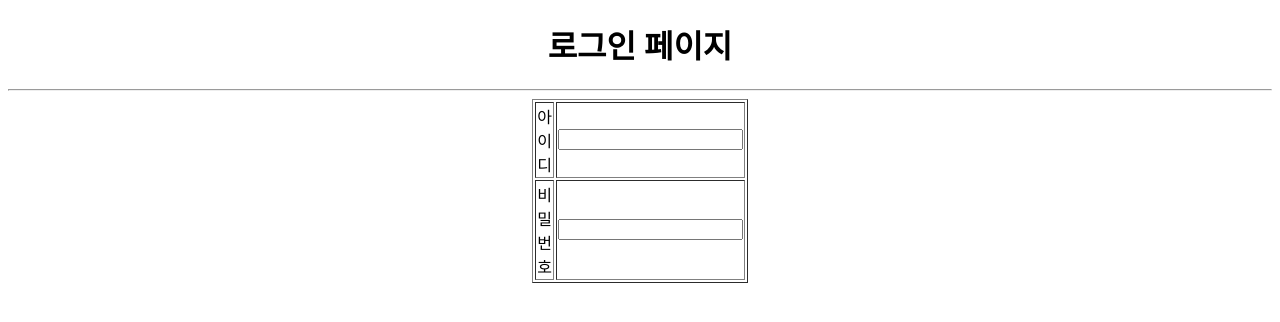
Repository: gunvv00/jsp
Page: http://localhost/DBtest/회원가입DB사용/Login.jsp
An editor plug-in stored every save of this project. The page is shown before and after the next save, followed by the edit.
The browser window is 1280 px wide. The pictures show the whole page.
The page is served by Tomcat 9.

Above is the page before, as saved 2020-04-24 01:08:40.

After the next save:
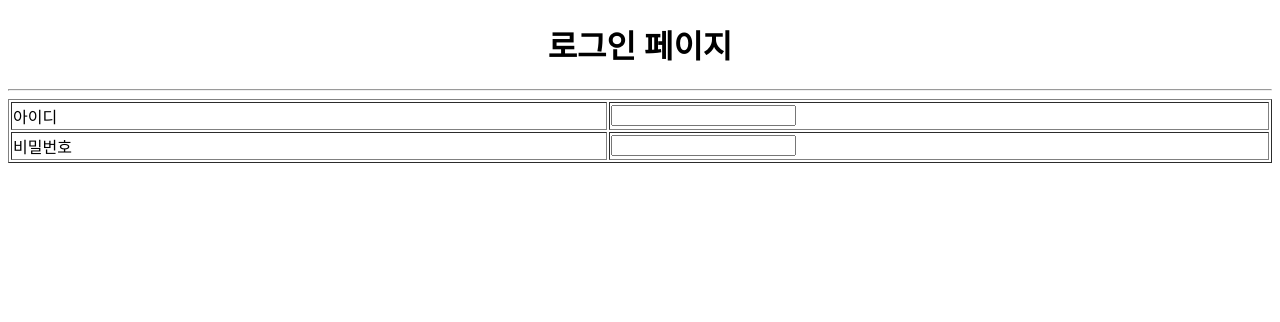
Saved 10 s later.
--- a/DBtest/WebContent/회원가입DB사용/Login.jsp
+++ b/DBtest/WebContent/회원가입DB사용/Login.jsp
@@ -15,8 +15,8 @@
 <table border="1">
 
 	<tr>
-		<td width="10">아이디</td>
-		<td width="10"><input type="text" name = "id"></td>
+		<td width="10%">아이디</td>
+		<td width="10%"><input type="text" name = "id"></td>
 	</tr>
 		<td>비밀번호</td>
 		<td><input type="password" name = "password"></td>
